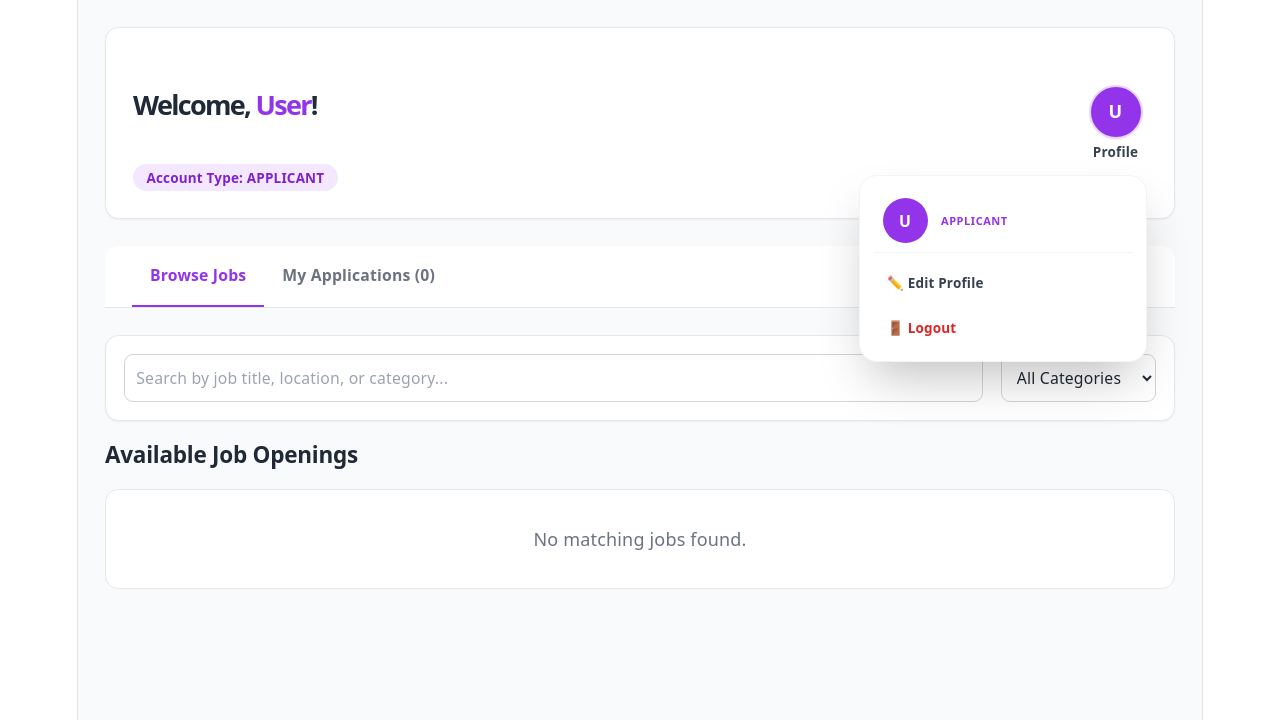
Repository: mdkawsarjomadder/job-portal
Page: /dashboard (app in job-portal/frontend/), after clicking the first element matching `button.flex`
These files come from the project's save history. The page is drawn as it stood at one moment and after the next save; the edit follows.
The browser window is 1280 px wide. The pictures show the whole page.
The page's requests for data from a server got no answer. The project was rebuilt for these pictures with package versions that can differ from the ones it lists, and the page was loaded fresh each time. No one was signed in, and anything a server would have sent is missing. Also part of the build but not shown: job-portal/frontend/vite.config.js, job-portal/frontend/src/pages/Login.jsx, job-portal/frontend/src/pages/Register.jsx, job-portal/frontend/src/pages/EmployerDashboard.jsx, job-portal/frontend/src/pages/MyApplications.jsx, job-portal/frontend/src/pages/CreateJob.jsx, job-portal/frontend/src/pages/Home.jsx. Imported but missing from the stored project, and not drawn on this page: job-portal/frontend/src/pages/Profile.

Above is the page before, as saved 2026-09-18 21:19:08.

### job-portal/frontend/src/index.css
@tailwind base;
@tailwind components;
@tailwind utilities;

:root {
  --text: #6b6375;
  --text-h: #08060d;
  --bg: #fff;
  --border: #e5e4e7;
  --code-bg: #f4f3ec;
  --accent: #aa3bff;
  --accent-bg: rgba(170, 59, 255, 0.1);
  --accent-border: rgba(170, 59, 255, 0.5);
  --social-bg: rgba(244, 243, 236, 0.5);
  --shadow: rgba(0, 0, 0, 0.1) 0 10px 15px -3px, rgba(0, 0, 0, 0.05) 0 4px 6px -2px;

  --sans: system-ui, 'Segoe UI', Roboto, sans-serif;
  --heading: system-ui, 'Segoe UI', Roboto, sans-serif;
  --mono: ui-monospace, Consolas, monospace;

  font: 18px/145% var(--sans);
  letter-spacing: 0.18px;
  color-scheme: light dark;
  color: var(--text);
  background: var(--bg);
  font-synthesis: none;
  text-rendering: optimizeLegibility;
  -webkit-font-smoothing: antialiased;
  -moz-osx-font-smoothing: grayscale;
}

@media (max-width: 1024px) {
  :root {
    font-size: 16px;
  }
}

@media (prefers-color-scheme: dark) {
  :root {
    --text: #9ca3af;
    --text-h: #f3f4f6;
    --bg: #16171d;
    --border: #2e303a;
    --code-bg: #1f2028;
    --accent: #c084fc;
    --accent-bg: rgba(192, 132, 252, 0.15);
    --accent-border: rgba(192, 132, 252, 0.5);
    --social-bg: rgba(47, 48, 58, 0.5);
    --shadow: rgba(0, 0, 0, 0.4) 0 10px 15px -3px, rgba(0, 0, 0, 0.25) 0 4px 6px -2px;
  }

  #social .button-icon {
    filter: invert(1) brightness(2);
  }
}

body {
  margin: 0;
}

#root {
  width: 1126px;
  max-width: 100%;
  margin: 0 auto;
  text-align: center;
  border-inline: 1px solid var(--border);
  min-height: 100svh;
  display: flex;
  flex-direction: column;
  box-sizing: border-box;
}

h1,
h2 {
  font-family: var(--heading);
  font-weight: 500;
  color: var(--text-h);
}

h1 {
  font-size: 56px;
  letter-spacing: -1.68px;
  margin: 32px 0;
}

h2 {
  font-size: 24px;
  line-height: 118%;
  letter-spacing: -0.24px;
  margin: 0 0 8px;
}

@media (max-width: 1024px) {
  h1 {
    font-size: 36px;
    margin: 20px 0;
  }
  h2 {
    font-size: 20px;
  }
}

p {
  margin: 0;
}

code,
.counter {
  font-family: var(--mono);
  display: inline-flex;
  border-radius: 4px;
  color: var(--text-h);
}

code {
  font-size: 15px;
  line-height: 135%;
  padding: 4px 8px;
  background: var(--code-bg);
}

### job-portal/frontend/src/App.jsx
import { BrowserRouter as Router, Routes, Route, Navigate } from 'react-router-dom';
import Login from './pages/Login';
import Register from './pages/Register';
import ApplicantDashboard from './pages/ApplicantDashboard';
import EmployerDashboard from './pages/EmployerDashboard';
import MyApplications from './pages/MyApplications';
import CreateJob from './pages/CreateJob';
import Home from './pages/Home';
import Profile from './pages/Profile';



function App() {
  return (
    <Router>
      <Routes>
        <Route path="/" element={<Home />} />
        <Route path="/home" element={<Home />} />
        <Route path="/login" element={<Login />} />
        <Route path="/profile" element={<Profile />} />
        <Route path="/register" element={<Register />} />
        <Route path="/my-applications" element={<MyApplications />} />
        <Route path="/dashboard" element={<ApplicantDashboard />} />
        <Route path="/employerdashboard" element={<EmployerDashboard />} />
        <Route path="/create-job" element={<CreateJob />} />
        <Route path="*" element={<Navigate to="/" replace />} />
      </Routes>
    </Router>
  );
}

export default App;

### job-portal/frontend/src/pages/ApplicantDashboard.jsx
import React, { useState, useEffect, useRef } from 'react';
import axios from 'axios';
import { useNavigate } from 'react-router-dom';

export default function ApplicantDashboard() {
  const navigate = useNavigate();
  const [user, setUser] = useState(null);
  const [jobs, setJobs] = useState([]);
  const [appliedJobs, setAppliedJobs] = useState([]);
  const [activeTab, setActiveTab] = useState('browse');
  const [selectedJob, setSelectedJob] = useState(null);
  const [resumeFile, setResumeFile] = useState(null);
  const [isModalOpen, setIsModalOpen] = useState(false);

  // Profile Dropdown State
  const [isDropdownOpen, setIsDropdownOpen] = useState(false);
  const dropdownRef = useRef(null);

  // Loading & Toast Notification States
  const [isSubmitting, setIsSubmitting] = useState(false);
  const [toastMessage, setToastMessage] = useState('');
  const [toastType, setToastType] = useState('success');

  // Search & Filter States
  const [searchTerm, setSearchTerm] = useState('');
  const [selectedCategory, setSelectedCategory] = useState('All');

  useEffect(() => {
    fetchLatestProfile();
    fetchJobs();
    fetchMyApplications();
  }, []);

  // API থেকে লেটেস্ট Avatar সহ ইউজার ডাটা ফেচ করা
  const fetchLatestProfile = async () => {
    const token = localStorage.getItem('token');
    const storedUser = localStorage.getItem('user');

    if (storedUser) {
      setUser(JSON.parse(storedUser));
    }

    if (!token) return;

    try {
      const res = await axios.get('http://localhost:5000/api/jobs/profile', {
        headers: { Authorization: `Bearer ${token}` },
      });
      if (res.data) {
        setUser(res.data);
        localStorage.setItem('user', JSON.stringify(res.data));
      }
    } catch (err) {
      console.error('Error fetching fresh profile:', err);
    }
  };

  // Dropdown Close on Outside Click
  useEffect(() => {
    const handleClickOutside = (event) => {
      if (dropdownRef.current && !dropdownRef.current.contains(event.target)) {
        setIsDropdownOpen(false);
      }
    };
    document.addEventListener('mousedown', handleClickOutside);
    return () => document.removeEventListener('mousedown', handleClickOutside);
  }, []);

  const fetchJobs = async () => {
    try {
      const res = await axios.get('http://localhost:5000/api/jobs');
      setJobs(res.data);
    } catch (err) {
      console.error('Error fetching jobs:', err);
    }
  };

  const fetchMyApplications = async () => {
    const token = localStorage.getItem('token');
    if (!token) return;

    try {
      const res = await axios.get('http://localhost:5000/api/jobs/my-applications', {
        headers: { Authorization: `Bearer ${token}` },
      });
      setAppliedJobs(res.data);
    } catch (err) {
      console.error('Error fetching applications:', err);
    }
  };

  const showToast = (message, type = 'success') => {
    setToastMessage(message);
    setToastType(type);

    setTimeout(() => {
      setToastMessage('');
    }, 4000);
  };

  const handleApplyClick = (job) => {
    const token = localStorage.getItem('token');
    if (!token) {
      showToast('Please login to apply', 'error');
      return;
    }
    setSelectedJob(job);
    setIsModalOpen(true);
  };

  const handleFormSubmit = async (e) => {
    e.preventDefault();

    if (!resumeFile) {
      showToast('Please select a PDF resume file first!', 'error');
      return;
    }

    const token = localStorage.getItem('token');

    const formData = new FormData();
    formData.append('jobId', selectedJob.id);
    formData.append('resume', resumeFile);

    setIsSubmitting(true);

    try {
      const res = await axios.post('http://localhost:5000/api/jobs/apply', formData, {
        headers: {
          Authorization: `Bearer ${token}`,
          'Content-Type': 'multipart/form-data',
        },
      });

      setIsSubmitting(false);
      setIsModalOpen(false);
      setResumeFile(null);
      setSelectedJob(null);
      fetchMyApplications();

      showToast(res.data.message || 'Applied successfully with uploaded resume!', 'success');

    } catch (err) {
      setIsSubmitting(false);
      console.error('Application Error:', err);
      showToast(err.response?.data?.message || 'Failed to apply', 'error');
    }
  };

  const handleLogout = () => {
    localStorage.removeItem('token');
    localStorage.removeItem('user');
    navigate('/login');
  };

  const filteredJobs = jobs.filter((job) => {
    const query = searchTerm.trim().toLowerCase();

    const titleMatch = job?.title ? job.title.toLowerCase().includes(query) : false;
    const locationMatch = job?.location ? job.location.toLowerCase().includes(query) : false;
    const categoryMatch = job?.category ? job.category.toLowerCase().includes(query) : false;

    const matchesSearch = query === '' || titleMatch || locationMatch || categoryMatch;

    const matchesCategoryDropdown =
      selectedCategory === 'All' ||
      (job?.category && job.category.toLowerCase() === selectedCategory.toLowerCase());

    return matchesSearch && matchesCategoryDropdown;
  });

  return (
    <div className="min-h-screen bg-gray-50 p-6 text-left relative">

      {/* Toast Notification */}
      {toastMessage && (
        <div className="fixed top-5 right-5 z-50 animate-bounce">
          <div
            className={`px-5 py-3 rounded-xl shadow-lg text-white text-sm font-semibold flex items-center gap-2 ${
              toastType === 'success' ? 'bg-green-600' : 'bg-red-600'
            }`}
          >
            <span>{toastType === 'success' ? '✓' : '✕'}</span>
            <span>{toastMessage}</span>
          </div>
        </div>
      )}

      <div className="max-w-5xl mx-auto space-y-6">

        {/* Profile Header Card */}
        <div className="bg-white p-6 rounded-xl shadow-sm border border-gray-200 flex flex-col md:flex-row justify-between items-start md:items-center gap-4">
          <div>
            <h1 className="text-2xl font-bold text-gray-800">
              Welcome, <span className="text-purple-600">{user?.name || 'User'}</span>!
            </h1>
            <p className="text-sm text-gray-500">{user?.email}</p>
            <span className="inline-block mt-2 px-3 py-1 bg-purple-100 text-purple-700 text-xs font-semibold rounded-full">
              Account Type: {user?.role || 'APPLICANT'}
            </span>
          </div>

          {/* User Profile Dropdown Section */}
          <div className="relative" ref={dropdownRef}>
            <button
              onClick={() => setIsDropdownOpen(!isDropdownOpen)}
              className="flex flex-col items-center justify-center p-1 rounded-xl hover:bg-gray-50 transition focus:outline-none"
            >
              {/* Profile Avatar */}
              <div className="w-12 h-12 rounded-full bg-purple-600 text-white font-bold text-base flex items-center justify-center overflow-hidden border-2 border-purple-200 shadow-sm shrink-0">
                {user?.avatar ? (
                  <img
                    src={user.avatar}
                    alt={user.name}
                    className="w-full h-full object-cover"
                    onError={(e) => { e.target.style.display = 'none'; }}
                  />
                ) : (
                  user?.name?.charAt(0).toUpperCase() || 'U'
                )}
              </div>

              {/* User Name */}
              <span className="text-xs font-semibold text-gray-700 mt-1 max-w-[120px] truncate text-center">
                {user?.name || 'Profile'}
              </span>
            </button>

            {/* Dropdown Menu - Position Fixed to Align Correctly */}
            {isDropdownOpen && (
              <div className="absolute right-0 mt-2 w-64 bg-white rounded-2xl shadow-2xl border border-gray-100 p-3 z-50 transform origin-top-right transition-all">
                {/* Header User Details */}
                <div className="flex items-center gap-3 p-2 border-b border-gray-100 mb-2">
                  <div className="w-10 h-10 rounded-full bg-purple-600 text-white font-bold text-sm flex items-center justify-center overflow-hidden shrink-0">
                    {user?.avatar ? (
                      <img
                        src={user.avatar}
                        alt={user.name}
                        className="w-full h-full object-cover"
                        onError={(e) => { e.target.style.display = 'none'; }}
                      />
                    ) : (
                      user?.name?.charAt(0).toUpperCase() || 'U'
                    )}
                  </div>
                  <div className="overflow-hidden">
                    <p className="text-sm font-bold text-gray-800 truncate">{user?.name}</p>
                    <p className="text-[11px] font-bold text-purple-600 uppercase tracking-wider">
                      {user?.role || 'APPLICANT'}
                    </p>
                  </div>
                </div>

                {/* Dropdown Action Buttons */}
                <div className="space-y-1">
                  <button
                    onClick={() => {
                      setIsDropdownOpen(false);
                      navigate('/profile');
                    }}
                    className="w-full text-left px-3 py-2.5 text-xs font-semibold text-gray-700 hover:bg-purple-50 hover:text-purple-700 rounded-xl transition flex items-center gap-2"
                  >
                    ✏️ Edit Profile
                  </button>

                  <button
                    onClick={handleLogout}
                    className="w-full text-left px-3 py-2.5 text-xs font-semibold text-red-600 hover:bg-red-50 rounded-xl transition flex items-center gap-2"
                  >
                    🚪 Logout
                  </button>
                </div>
              </div>
            )}
          </div>
        </div>

        {/* Navigation Tabs */}
        <div className="flex border-b border-gray-200 bg-white px-6 rounded-t-xl">
          <button
            onClick={() => setActiveTab('browse')}
            className={`py-4 px-4 font-semibold text-sm border-b-2 transition-colors ${
              activeTab === 'browse'
                ? 'border-purple-600 text-purple-600'
                : 'border-transparent text-gray-500 hover:text-gray-700'
            }`}
          >
            Browse Jobs
          </button>
          <button
            onClick={() => setActiveTab('applications')}
            className={`py-4 px-4 font-semibold text-sm border-b-2 transition-colors ${
              activeTab === 'applications'
                ? 'border-purple-600 text-purple-600'
                : 'border-transparent text-gray-500 hover:text-gray-700'
            }`}
          >
            My Applications ({appliedJobs.length})
          </button>
        </div>

        {/* Tab Content */}
        {activeTab === 'browse' ? (
          <div className="space-y-4">
            {/* Search Bar & Category Select */}
            <div className="flex flex-col md:flex-row gap-4 bg-white p-4 rounded-xl border border-gray-200 shadow-sm">
              <input
                type="text"
                placeholder="Search by job title, location, or category..."
                value={searchTerm}
                onChange={(e) => setSearchTerm(e.target.value)}
                className="flex-1 border border-gray-300 rounded-lg p-2.5 text-sm text-gray-800 bg-white focus:outline-none focus:ring-2 focus:ring-purple-500"
              />
              <select
                value={selectedCategory}
                onChange={(e) => setSelectedCategory(e.target.value)}
                className="border border-gray-300 rounded-lg p-2.5 text-sm text-gray-800 focus:outline-none focus:ring-2 focus:ring-purple-500 bg-white"
              >
                <option value="All">All Categories</option>
                <option value="IT">IT / Software</option>
                <option value="Dev Developer">Dev Developer</option>
                <option value="Design">Design</option>
                <option value="Marketing">Marketing</option>
              </select>
            </div>

            <h2 className="text-xl font-bold text-gray-800">Available Job Openings</h2>

            {filteredJobs.length === 0 ? (
              <div className="bg-white p-8 text-center text-gray-500 rounded-xl border border-gray-200">
                No matching jobs found.
              </div>
            ) : (
              <div className="grid grid-cols-1 md:grid-cols-2 gap-4">
                {filteredJobs.map((job) => (
                  <div key={job.id} className="bg-white p-5 rounded-xl border border-gray-200 shadow-sm hover:shadow-md transition">
                    <div className="flex justify-between items-start">
                      <div>
                        <h3 className="font-bold text-lg text-gray-800">{job.title}</h3>
                        <p className="text-sm text-gray-500 font-medium">{job.employer?.name || 'Company'}</p>
                      </div>
                      <span className="px-2.5 py-1 bg-green-100 text-green-700 text-xs font-semibold rounded-md">
                        {job.jobType}
                      </span>
                    </div>

                    <div className="mt-4 text-sm text-gray-600 space-y-1">
                      <p>📍 {job.location}</p>
                      <p>💼 {job.category}</p>
                      <p>💰 {job.salary}</p>
                    </div>

                    <button
                      onClick={() => handleApplyClick(job)}
                      className="mt-5 w-full bg-purple-600 hover:bg-purple-700 text-white font-medium py-2 rounded-lg transition duration-200"
                    >
                      Apply Now
                    </button>
                  </div>
                ))}
              </div>
            )}
          </div>
        ) : (
          <div className="space-y-4">
            <h2 className="text-xl font-bold text-gray-800">Applied Jobs</h2>
            {appliedJobs.length === 0 ? (
              <div className="bg-white p-8 text-center text-gray-500 rounded-xl border border-gray-200">
                You haven't applied to any jobs yet.
              </div>
            ) : (
              <div className="bg-white rounded-xl border border-gray-200 overflow-hidden">
                <table className="w-full text-left border-collapse">
                  <thead>
                    <tr className="bg-gray-50 border-b border-gray-200 text-xs font-semibold text-gray-500 uppercase">
                      <th className="p-4">Job Title</th>
                      <th className="p-4">Category</th>
                      <th className="p-4">Applied Date</th>
                      <th className="p-4">Status</th>
                    </tr>
                  </thead>
                  <tbody className="divide-y divide-gray-200 text-sm">
                    {appliedJobs.map((app) => (
                      <tr key={app.id}>
                        <td className="p-4 font-semibold text-gray-800">{app.job?.title}</td>
                        <td className="p-4 text-gray-600">{app.job?.category}</td>
                        <td className="p-4 text-gray-500">
                          {new Date(app.appliedAt).toLocaleDateString()}
                        </td>
                        <td className="p-4">
                          <span
                            className={`px-2.5 py-1 text-xs font-semibold rounded-full ${
                              app.status === 'SHORTLISTED'
                                ? 'bg-green-100 text-green-700'
                                : app.status === 'REJECTED'
                                ? 'bg-red-100 text-red-700'
                                : 'bg-yellow-100 text-yellow-800'
                            }`}
                          >
                            {app.status}
                          </span>
                        </td>
                      </tr>
                    ))}
                  </tbody>
                </table>
              </div>
            )}
          </div>
        )}

      </div>

      {/* File Upload Modal */}
      {isModalOpen && (
        <div className="fixed inset-0 bg-black/50 backdrop-blur-sm flex justify-center items-center p-4 z-50">
          <div className="bg-white rounded-2xl p-6 max-w-md w-full shadow-xl space-y-4">
            <div className="flex justify-between items-center border-b pb-3">
              <h3 className="font-bold text-lg text-gray-800">
                Apply for <span className="text-purple-600">{selectedJob?.title}</span>
              </h3>
              <button
                onClick={() => setIsModalOpen(false)}
                className="text-gray-400 hover:text-gray-600 text-lg font-bold"
              >
                ✕
              </button>
            </div>

            <form onSubmit={handleFormSubmit} className="space-y-4">
              <div>
                <label className="block text-sm font-semibold text-gray-700 mb-2">
                  Upload Your Resume (PDF format)
                </label>
                <input
                  type="file"
                  accept=".pdf"
                  onChange={(e) => setResumeFile(e.target.files[0])}
                  className="w-full text-sm text-gray-500 file:mr-4 file:py-2 file:px-4 file:rounded-lg file:border-0 file:text-sm file:font-semibold file:bg-purple-50 file:text-purple-700 hover:file:bg-purple-100 border border-gray-300 rounded-lg p-1.5"
                  required
                />
              </div>

              <div className="flex justify-end gap-3 pt-2">
                <button
                  type="button"
                  onClick={() => setIsModalOpen(false)}
                  className="px-4 py-2 border border-gray-300 rounded-lg text-sm font-medium text-gray-700 hover:bg-gray-50"
                >
                  Cancel
                </button>
                <button
                  type="submit"
                  disabled={isSubmitting}
                  className={`px-4 py-2 bg-purple-600 text-white rounded-lg text-sm font-medium transition ${
                    isSubmitting ? 'opacity-50 cursor-not-allowed' : 'hover:bg-purple-700'
                  }`}
                >
                  {isSubmitting ? 'Uploading...' : 'Submit Application'}
                </button>
              </div>
            </form>
          </div>
        </div>
      )}

    </div>
  );
}

Loaded but not shown: job-portal/frontend/src/main.jsx (common file); job-portal/frontend/tailwind.config.js (common file)

After the next save:
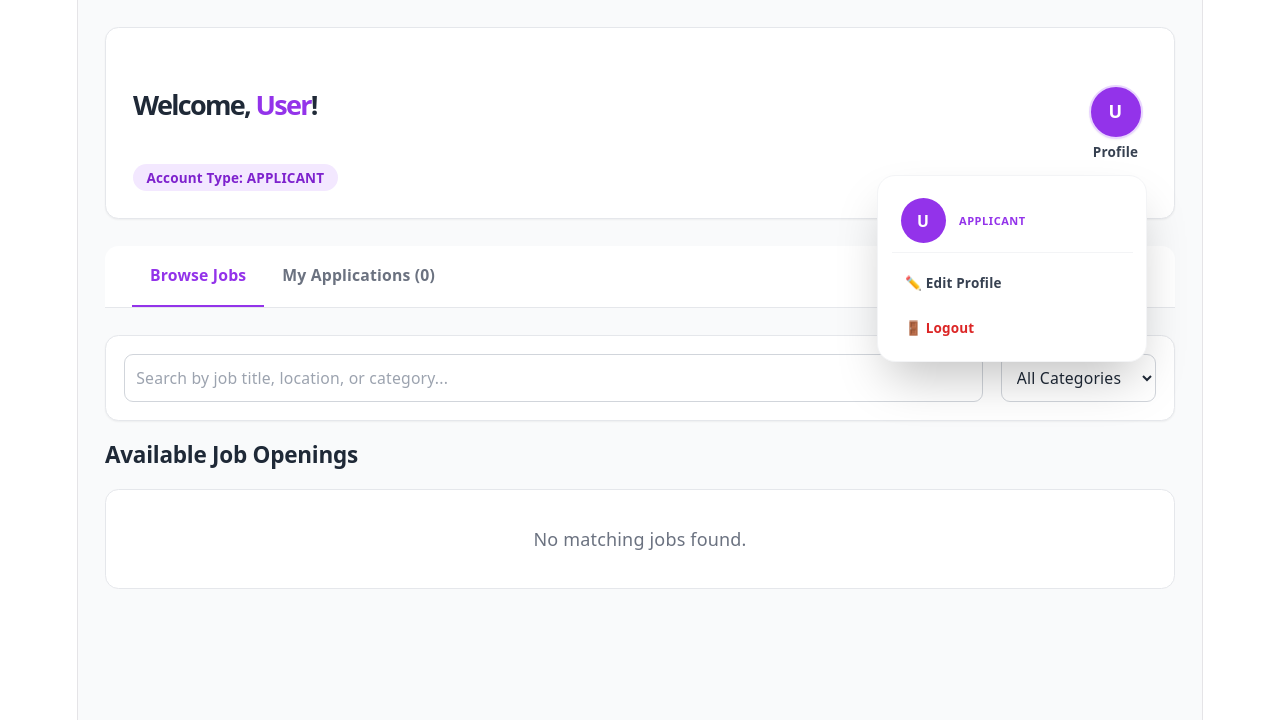
Saved 36 s later.
--- a/job-portal/frontend/src/pages/ApplicantDashboard.jsx
+++ b/job-portal/frontend/src/pages/ApplicantDashboard.jsx
@@ -228,7 +228,7 @@ export default function ApplicantDashboard() {
 
             {/* Dropdown Menu - Position Fixed to Align Correctly */}
             {isDropdownOpen && (
-              <div className="absolute right-0 mt-2 w-64 bg-white rounded-2xl shadow-2xl border border-gray-100 p-3 z-50 transform origin-top-right transition-all">
+              <div className="absolute right-0 mt-2 w-60 bg-white rounded-2xl shadow-2xl border border-gray-100 p-3 z-50 transform origin-top-right transition-all">
                 {/* Header User Details */}
                 <div className="flex items-center gap-3 p-2 border-b border-gray-100 mb-2">
                   <div className="w-10 h-10 rounded-full bg-purple-600 text-white font-bold text-sm flex items-center justify-center overflow-hidden shrink-0">
